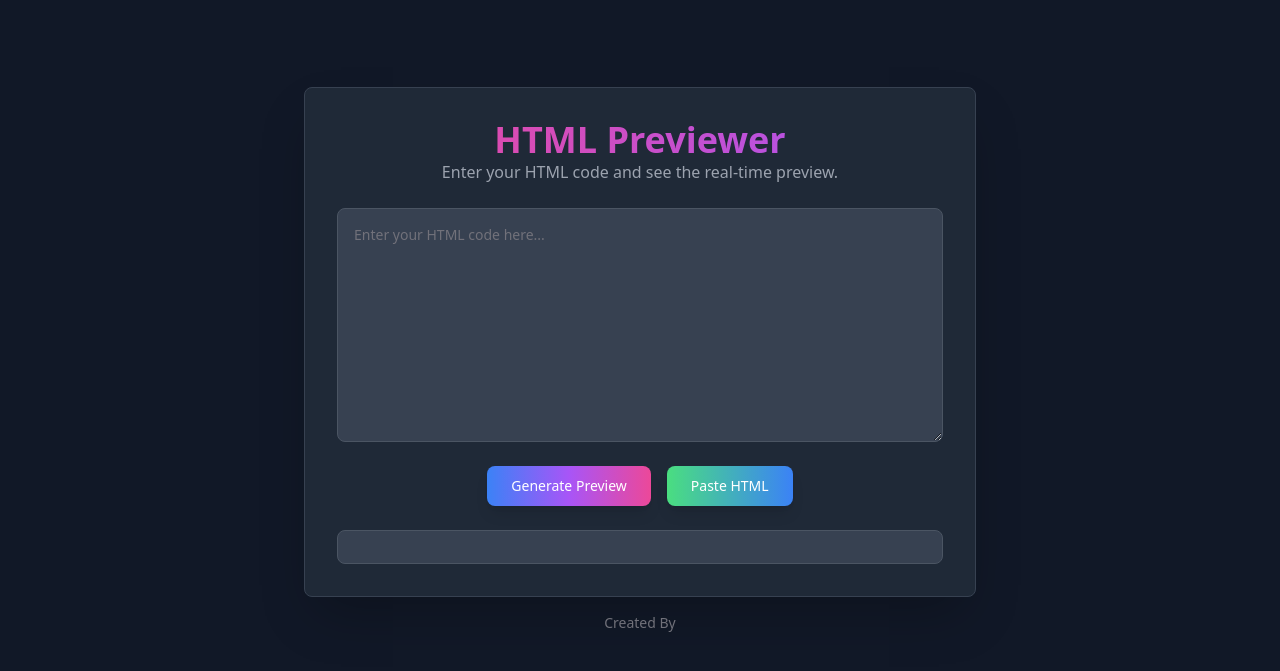
Repository: asadullah48/13_html_previewer_app
Page: /
An editor plug-in stored every save of this project. The page is shown before and after the next save, followed by the edit.
The browser window is 1280 px wide. The pictures show the whole page.
The project was rebuilt for these pictures with package versions that can differ from the ones it lists, and the page was loaded fresh each time. The framework's server and built-in components were replaced by stand-ins that run in the browser. Also part of the build but not shown: next.config.mjs, components/predefinedHtml.ts.

Above is the page before, as saved 2024-10-20 12:06:18.

### app/page.tsx
import HTMLPreview from "@/components/html-previewer";

export default function Home() {
  return (
    <div>
      <HTMLPreview />
    </div>
  );
}

### app/globals.css
@tailwind base;
@tailwind components;
@tailwind utilities;

body {
  font-family: system-ui, -apple-system, BlinkMacSystemFont, 'Segoe UI', Roboto, Oxygen, Ubuntu, Cantarell, 'Open Sans', 'Helvetica Neue', sans-serif;
}

@layer utilities {
  .text-balance {
    text-wrap: balance;
  }
}

@layer base {
  :root {
    --background: 10 1% 95.9%;
    --foreground: 240 10% 5.9%;
    --card: 10 1% 95.9%;
    --card-foreground: 240 10% 3.9%;
    --popover: 10 1% 95.9%;
    --popover-foreground: 240 10% 3.9%;
    --primary: 240 5.9% 10%;
    --primary-foreground: 0 0% 98%;
    --secondary: 240 4.8% 95.9%;
    --secondary-foreground: 240 5.9% 10%;
    --muted: 240 4.8% 95.9%;
    --muted-foreground: 240 3.8% 46.1%;
    --accent: 240 4.8% 95.9%;
    --accent-foreground: 240 5.9% 10%;
    --destructive: 0 84.2% 60.2%;
    --destructive-foreground: 0 0% 98%;
    --border: 240 5.9% 90%;
    --input: 240 5.9% 90%;
    --ring: 240 10% 3.9%;
    --chart-1: 12 76% 61%;
    --chart-2: 173 58% 39%;
    --chart-3: 197 37% 24%;
    --chart-4: 43 74% 66%;
    --chart-5: 27 87% 67%;
    --radius: 0.5rem;
  }
  .dark {
    --background: 240 10% 3.9%;
    --foreground: 0 0% 98%;
    --card: 240 10% 3.9%;
    --card-foreground: 0 0% 98%;
    --popover: 240 10% 3.9%;
    --popover-foreground: 0 0% 98%;
    --primary: 0 0% 98%;
    --primary-foreground: 240 5.9% 10%;
    --secondary: 240 3.7% 15.9%;
    --secondary-foreground: 0 0% 98%;
    --muted: 240 3.7% 15.9%;
    --muted-foreground: 240 5% 64.9%;
    --accent: 240 3.7% 15.9%;
    --accent-foreground: 0 0% 98%;
    --destructive: 0 62.8% 30.6%;
    --destructive-foreground: 0 0% 98%;
    --border: 240 3.7% 15.9%;
    --input: 240 3.7% 15.9%;
    --ring: 240 4.9% 83.9%;
    --chart-1: 220 70% 50%;
    --chart-2: 160 60% 45%;
    --chart-3: 30 80% 55%;
    --chart-4: 280 65% 60%;
    --chart-5: 340 75% 55%;
  }
}

@layer base {
  * {
    @apply border-border;
  }
  body {
    @apply bg-background text-foreground;
  }
}

### components/html-previewer.tsx
"use client";

import React, { useState, ChangeEvent } from "react";

import { Textarea } from "@/components/ui/textarea";
import { Button } from "@/components/ui/button";

import { predefinedHtml } from "./predefinedHtml";

export default function HTMLPreviewComponent() {

  const [htmlCode, setHtmlCode] = useState<string>("");
  const [previewHtml, setPreviewHtml] = useState<string>("");

  const handlePreview = (): void => {
    setPreviewHtml(htmlCode);
  };


  const handlePasteHtml = (): void => {
    setHtmlCode(predefinedHtml);
  };

  const handleChange = (e: ChangeEvent<HTMLTextAreaElement>): void => {
    setHtmlCode(e.target.value);
  };

  return (
    <div className="flex flex-col items-center justify-center min-h-screen bg-gray-900 text-white">
      {/* HTML Previewer Card */}
      <div className="w-full max-w-2xl p-8 rounded-lg shadow-2xl bg-gray-800 border border-gray-700 transition-all hover:border-blue-500 hover:shadow-blue-500/50">
        <h1 className="text-4xl font-extrabold text-center text-gradient bg-gradient-to-r from-pink-500 to-purple-500 text-transparent bg-clip-text">
          HTML Previewer
        </h1>
        <p className="text-gray-400 mb-6 text-center">
          Enter your HTML code and see the real-time preview.
        </p>

        <div className="grid gap-6">
          {/* Textarea for entering HTML code */}
          <Textarea
            value={htmlCode}
            onChange={handleChange}
            placeholder="Enter your HTML code here..."
            className="p-4 rounded-lg border border-gray-600 bg-gray-700 text-white placeholder-gray-400 focus:border-indigo-500 focus:ring-1 focus:ring-indigo-500"
            rows={10}
          />

          {/* Buttons for Generate Preview and Paste HTML */}
          <div className="flex justify-center gap-4">
            <Button
              onClick={handlePreview}
              className="px-6 py-2 bg-gradient-to-r from-blue-500 via-purple-500 to-pink-500 text-white rounded-lg shadow-lg hover:bg-gradient-to-l hover:shadow-purple-500/50 transition-all"
            >
              Generate Preview
            </Button>
            <Button
              onClick={handlePasteHtml}
              className="px-6 py-2 bg-gradient-to-r from-green-400 to-blue-500 text-white rounded-lg shadow-lg hover:shadow-green-500/50 transition-all"
            >
              Paste HTML
            </Button>
          </div>

          {/* HTML Preview Section */}
          <div className="p-4 rounded-lg border border-gray-600 bg-gray-700 text-white">
            <div dangerouslySetInnerHTML={{ __html: previewHtml }} />
          </div>
        </div>
      </div>
            {/* Footer section */}
            <footer className="mt-4 text-sm text-muted-foreground">
        Created By
      </footer>
    </div>
  );
}

### components/ui/textarea.tsx
import * as React from "react"

import { cn } from "@/lib/utils"

export interface TextareaProps
  extends React.TextareaHTMLAttributes<HTMLTextAreaElement> {}

const Textarea = React.forwardRef<HTMLTextAreaElement, TextareaProps>(
  ({ className, ...props }, ref) => {
    return (
      <textarea
        className={cn(
          "flex min-h-[80px] w-full rounded-md border border-input bg-background px-3 py-2 text-sm ring-offset-background placeholder:text-muted-foreground focus-visible:outline-none focus-visible:ring-2 focus-visible:ring-ring focus-visible:ring-offset-2 disabled:cursor-not-allowed disabled:opacity-50",
          className
        )}
        ref={ref}
        {...props}
      />
    )
  }
)
Textarea.displayName = "Textarea"

export { Textarea }

### components/ui/button.tsx
import * as React from "react"
import { Slot } from "@radix-ui/react-slot"
import { cva, type VariantProps } from "class-variance-authority"

import { cn } from "@/lib/utils"

const buttonVariants = cva(
  "inline-flex items-center justify-center gap-2 whitespace-nowrap rounded-md text-sm font-medium ring-offset-background transition-colors focus-visible:outline-none focus-visible:ring-2 focus-visible:ring-ring focus-visible:ring-offset-2 disabled:pointer-events-none disabled:opacity-50 [&_svg]:pointer-events-none [&_svg]:size-4 [&_svg]:shrink-0",
  {
    variants: {
      variant: {
        default: "bg-primary text-primary-foreground hover:bg-primary/90",
        destructive:
          "bg-destructive text-destructive-foreground hover:bg-destructive/90",
        outline:
          "border border-input bg-background hover:bg-accent hover:text-accent-foreground",
        secondary:
          "bg-secondary text-secondary-foreground hover:bg-secondary/80",
        ghost: "hover:bg-accent hover:text-accent-foreground",
        link: "text-primary underline-offset-4 hover:underline",
      },
      size: {
        default: "h-10 px-4 py-2",
        sm: "h-9 rounded-md px-3",
        lg: "h-11 rounded-md px-8",
        icon: "h-10 w-10",
      },
    },
    defaultVariants: {
      variant: "default",
      size: "default",
    },
  }
)

export interface ButtonProps
  extends React.ButtonHTMLAttributes<HTMLButtonElement>,
    VariantProps<typeof buttonVariants> {
  asChild?: boolean
}

const Button = React.forwardRef<HTMLButtonElement, ButtonProps>(
  ({ className, variant, size, asChild = false, ...props }, ref) => {
    const Comp = asChild ? Slot : "button"
    return (
      <Comp
        className={cn(buttonVariants({ variant, size, className }))}
        ref={ref}
        {...props}
      />
    )
  }
)
Button.displayName = "Button"

export { Button, buttonVariants }

Loaded but not shown: app/layout.tsx (common file); lib/utils.ts (common file); tailwind.config.ts (common file)

After the next save:
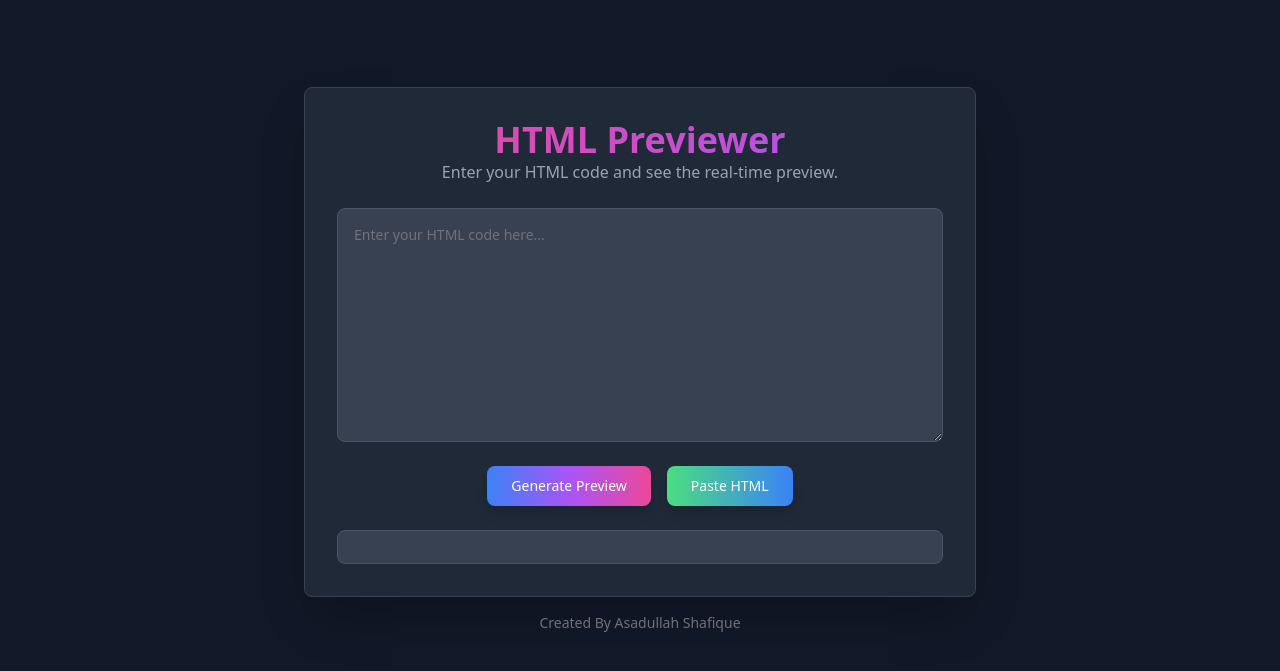
Saved 6 s later.
--- a/components/html-previewer.tsx
+++ b/components/html-previewer.tsx
@@ -70,7 +70,7 @@ export default function HTMLPreviewComponent() {
       </div>
             {/* Footer section */}
             <footer className="mt-4 text-sm text-muted-foreground">
-        Created By
+        Created By Asadullah Shafique
       </footer>
     </div>
   );
